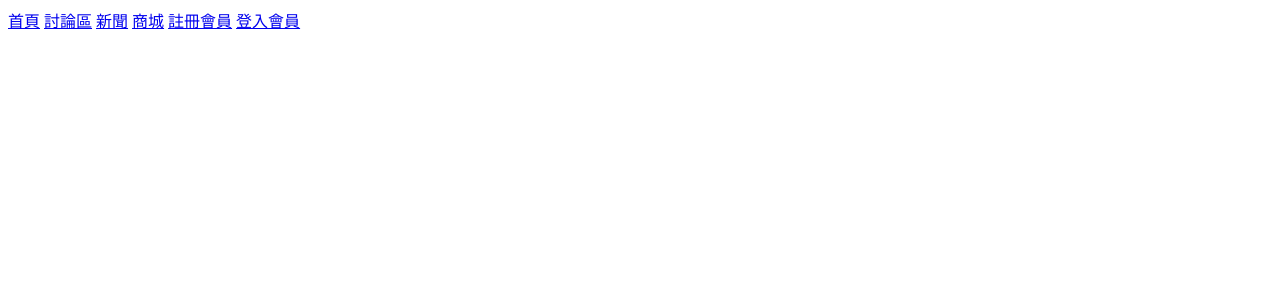
Repository: cctytw2000/Member
Page: http://localhost/Member/
The author's editor kept a copy of each file at every save. The page is drawn from the files as they stood at one save, then again after the next save.
The browser window is 1280 px wide. The pictures show the whole page.
The page is served by Tomcat 9.

Above is the page before, as saved 2019-08-30 01:25:21.

After the next save:
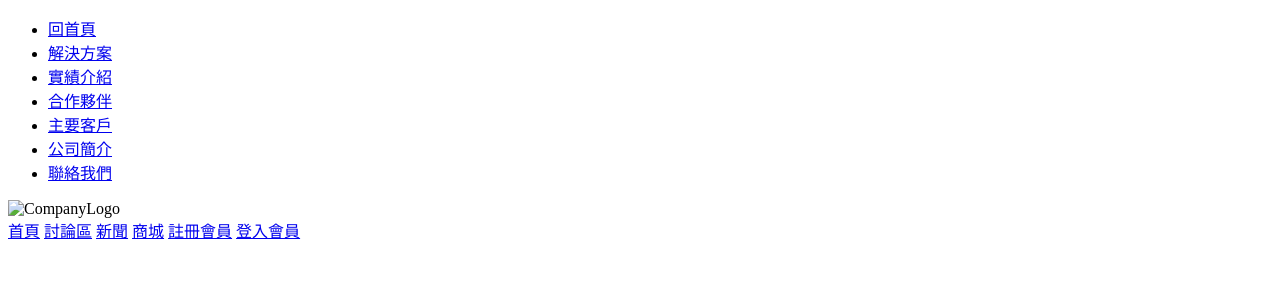
Not found: Member/CSS/main.css
Not found: Member/Member/logo.jpg
Saved 7 min 17 s later.
--- a/Member/WebContent/home.jsp
+++ b/Member/WebContent/home.jsp
@@ -7,8 +7,25 @@
 <head>
 <meta charset="UTF-8">
 <title>Insert title here</title>
+<link rel="stylesheet" href="../CSS/main.css">
 </head>
 <body>
+        <header>
+            <nav>
+                <ul class="menu">
+                    <li><a href="index.html">回首頁</a></li>
+                    <li><a href="index2.html">解決方案</a></li>
+                    <li><a href="#">實績介紹</a></li>
+                    <li><a href="#">合作夥伴</a></li>
+                    <li><a href="#">主要客戶</a></li>
+                    <li><a href="#">公司簡介</a></li>
+                    <li><a href="#">聯絡我們</a></li>
+                </ul>
+            </nav>
+            <img src="logo.jpg" title="CompanyLogo" width="1024">
+        </header>
+
+
 
 <a href="#">首頁</a>
 <a href="#">討論區</a>
